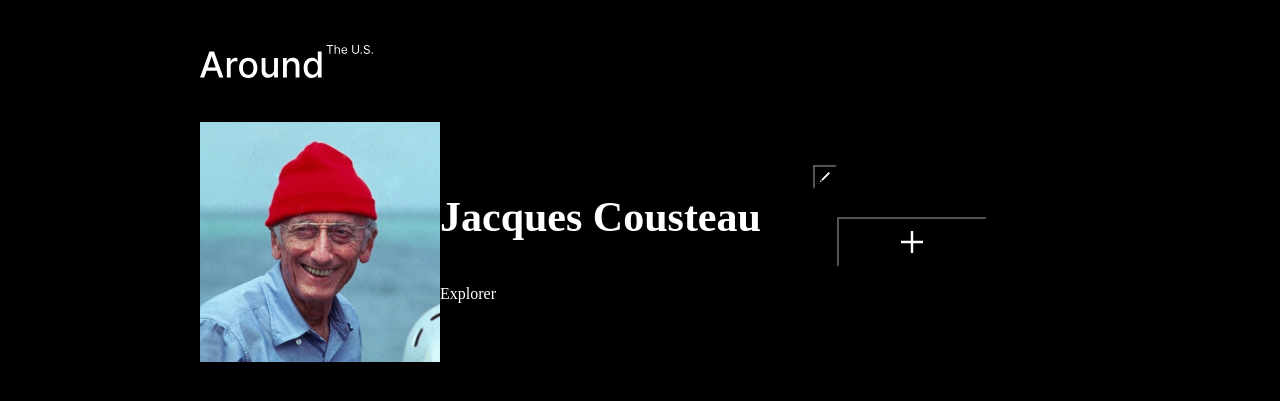
Repository: al-XLeMEsTRE/Around-The-U.S
Page: index.html
The author's editor kept a copy of each file at every save. The page is drawn from the files as they stood at one save, then again after the next save.
The browser window is 1280 px wide. The pictures show the whole page.

Above is the page before, as saved 2023-12-12 15:38:19.

After the next save:
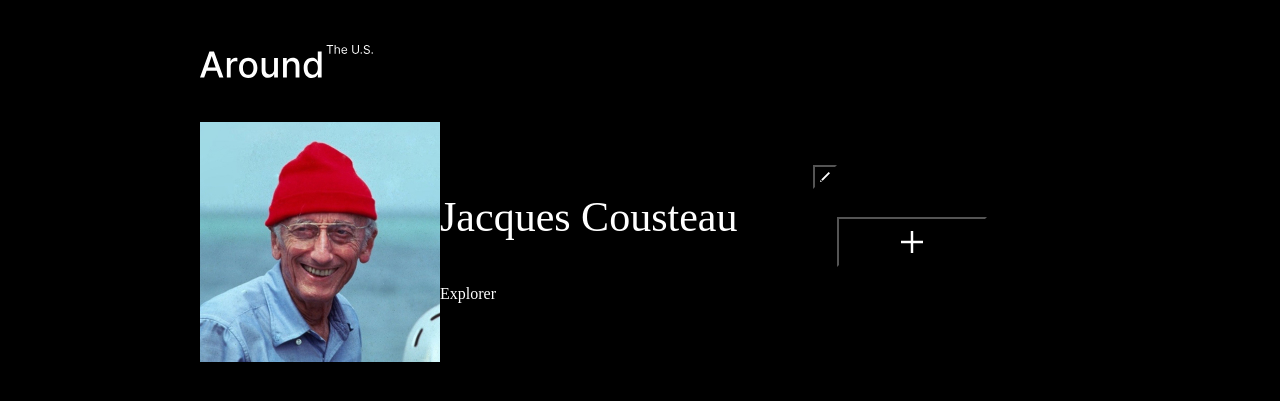
Saved 28 s later.
--- a/blocks/page.css
+++ b/blocks/page.css
@@ -37,4 +37,5 @@
 .profile__title {
   font-size: 42px;
   line-height: 48px;
+  font-weight: 500;
 }
